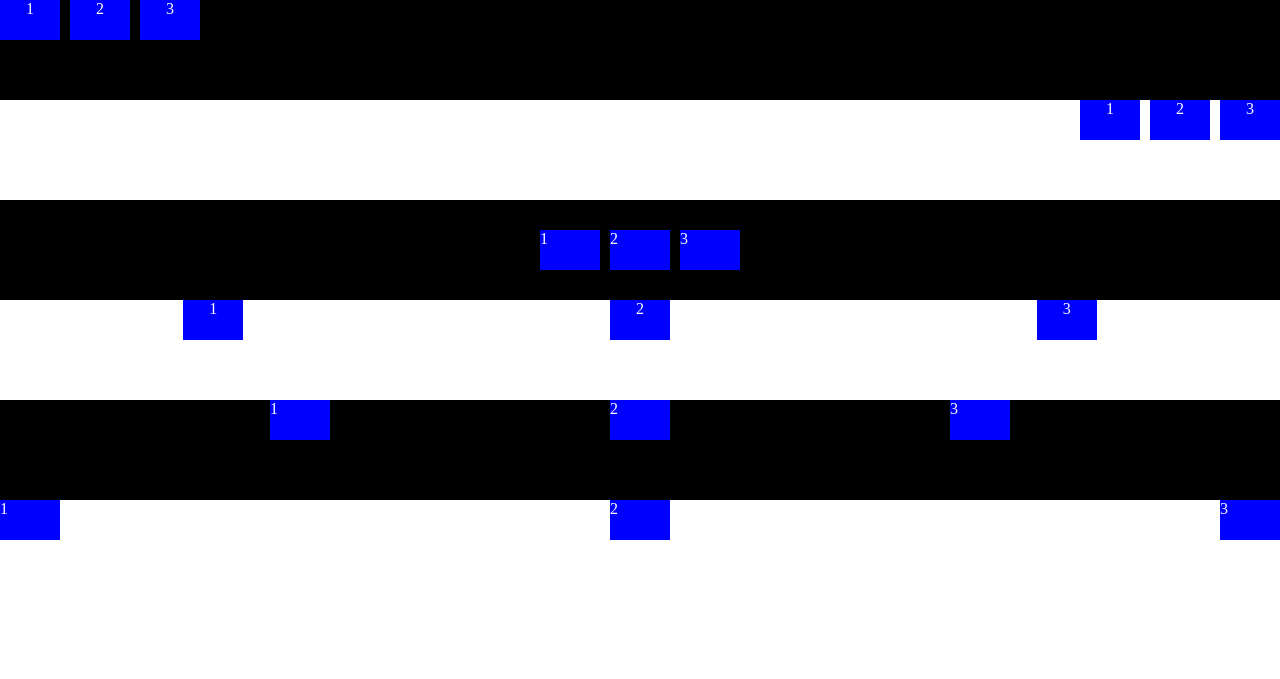
Repository: Elesion08/flexbox
Page: index.html
An editor plug-in stored every save of this project. The page is shown before and after the next save, followed by the edit.
The browser window is 1280 px wide. The pictures show the whole page.

Above is the page before, as saved 2025-04-15 08:42:29.

### index.html
<!DOCTYPE html>
<html lang="pt-br">
<head>
    <meta charset="UTF-8">
    <meta name="viewport" content="width=device-width, initial-scale=1.0">
    <title>Flexbox - AULA 04</title>
    <link rel="stylesheet" href="style.css">
</head>
<body>
    <div class="container">
        <div class="container__card1">
            <div class="box1">1</div>
            <div class="box1">2</div>
            <div class="box1">3</div>
        </div>
        <div class="container__card2">
            <div class="box2">1</div>
            <div class="box2">2</div>
            <div class="box2">3</div>
        </div>
        <div class="container__card3">
            <div class="box3">1</div>
            <div class="box3">2</div>
            <div class="box3">3</div>
        </div>
        <div class="container__card4">
            <div class="box4">1</div>
            <div class="box4">2</div>
            <div class="box4">3</div>
        </div>
        <div class="container__card5">
            <div class="box5">1</div>
            <div class="box5">2</div>
            <div class="box5">3</div>
        </div>
        <div class="container__card6">
            <div class="box6">1</div>
            <div class="box6">2</div>
            <div class="box6">3</div>
        </div>
    </div>
</body>
</html>

### style.css
/* configuração reset global da pagina */
* {
    margin: 0;
    padding: 0;
    height: 100vh;
    width: 100%;
    box-sizing: border-box;
  }

  .container__card1 {
    /* deixa os itens e suas posições flexiveis */
    display: flex;
    /* cor de fundo */
    background-color: black;
    /* distância entre os elementos filhos */
    gap: 10px;
    /* altura do elemento */
    height: 100px;
  }

  .box1 {
    /*  alinha o texto horizontalmente */
    text-align: center;
    /* cor da fonte */
    color: white;
    /* cor de fundo */
    background-color: blue;
    /* altura */
    height: 40px;
    /* largura */
    width: 60px;
  }

  .container__card2 {
    /* deixa os itens e suas posições flexiveis */
    display: flex;
    /* cor de fundo */
    background-color: white;
    /* altura */
    height: 100px;
    /* alinha os elementos no final da pagina */
    justify-content: flex-end;
    /* distancia entre os elementos filhos */
    gap: 10px;
  }

  .box2 {
    /* deixa os itens e suas posições flexiveis */
    display: flex;
    /* centraliza os elementos horizontalmente */
    justify-content: center;
    /* cor da fonte */
    color: white;
    /* cor de fundo */
    background-color: blue;
    /* largura */
    height: 40px;
    /* altura */
    width: 60px;
  }

  .container__card3 {
    /* alinha os elementos filhos verticalmente */
    align-items: center;
    /* deixa os itens e suas posições flexiveis */
    display: flex;
    /* centraliza os elementos filhos horizontalmente */
    justify-content: center;
    /* cor de fundo */
    background-color: black;
    /* distância entre os elementos filhos */
    gap: 10px;
    /* altura do elemento */
    height: 100px;
  }

  .box3 {
    /* cor da fonte */
    color: white;
    /* cor de fundo */
    background-color: blue;
    /* altura */
    height: 40px;
    /* largura */
    width: 60px;
  }

  .container__card4 {
    /* deixa os itens e suas posições flexiveis */
    display: flex;
    /* espalha os elementos filho horizontalmente */
    justify-content: space-around;
    /* cor de fundo */
    background-color: white;
    /* altura */
    height: 100px;
    /* alinha os elementos no final da pagina */
  }

  .box4 {
    /* deixa os itens e suas posições flexiveis */
    display: flex;
    /* centraliza os elementos horizontalmente */
    justify-content: center;
    /* cor da fonte */
    color: white;
    /* cor de fundo */
    background-color: blue;
    /* largura */
    height: 40px;
    /* altura */
    width: 60px;
  }

  .container__card5 {
    /* deixa os itens e suas posições flexiveis */
    display: flex;
    /* espalha os elementos filho horizontalmente de forma igualitaria */
    justify-content: space-evenly;
    /* centraliza os elementos filhos verticalmente */
    background-color: black;
    /* distância entre os elementos filhos */
    gap: 10px;
    /* altura do elemento */
    height: 100px;
  }

  .box5 {
    /* cor da fonte */
    color: white;
    /* cor de fundo */
    background-color: blue;
    /* altura */
    height: 40px;
    /* largura */
    width: 60px;
  }

  .container__card6 {
      /* deixa os itens e suas posições flexiveis */
      display: flex;
      /* espalha os elementos filho horizontalmente */
      justify-content: space-between;
      /* cor de fundo */
      background-color: white;
      /* altura */
      height: 100px;
      /* alinha os elementos no final da pagina */
    }

    .box6 {
      color: white;
      /* cor de fundo */
      background-color: blue;
      /* largura */
      height: 40px;
      /* altura */
      width: 60px;
    }

After the next save:
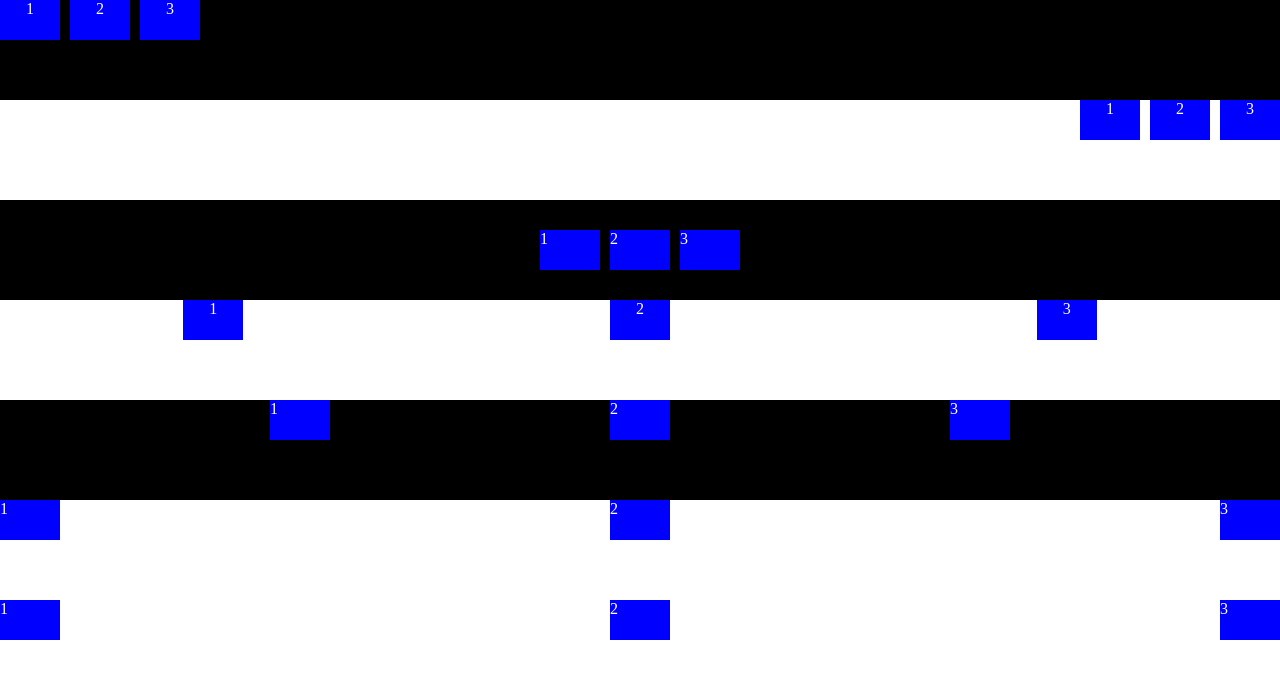
Saved 18 s later.
--- a/index.html
+++ b/index.html
@@ -38,6 +38,11 @@
             <div class="box6">2</div>
             <div class="box6">3</div>
         </div>
+        <div class="container__card6">
+            <div class="box6">1</div>
+            <div class="box6">2</div>
+            <div class="box6">3</div>
+        </div>
     </div>
 </body>
 </html>
